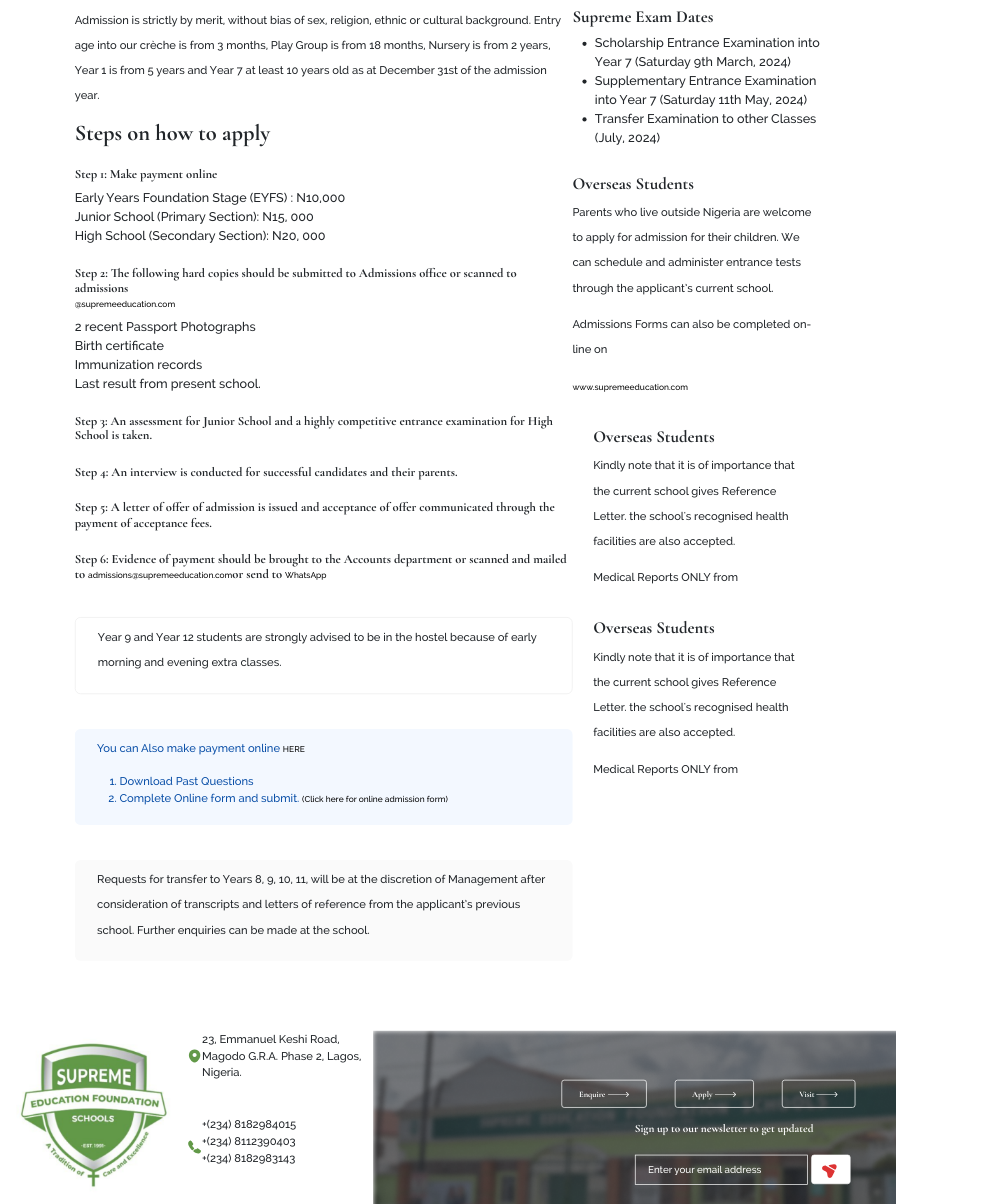
Repository: sarahnnanyelugo/supreme-education
Page: /apply
The author's editor kept a copy of each file at every save. The page is drawn from the files as they stood at one save, then again after the next save.
The browser window is 1280 px wide. The page is 1427 px wide, so the pictures cover 1427 px, including what lies to the right of the window. The pictures show the part of the page from y = 831 to 2551 px (the page is 2867 px tall), at 70% of full size.
The project was rebuilt for these pictures with package versions that can differ from the ones it lists, and the page was loaded fresh each time. Also part of the build but not shown: src/pages/Home/News/news.scss, src/pages/Home/News/News.js, src/pages/Home/Home.js, src/pages/Founder/founder.scss, src/pages/Founder/Founder.js, src/pages/CEO/ceo.scss, src/pages/CEO/CEO.js, src/pages/WhoWeAre/who-we-are.scss and 5 more.

Above is the page before, as saved 2023-12-20 12:59:32.

### src/App.js
import logo from "./logo.svg";
import "./App.scss";
import "bootstrap/dist/css/bootstrap.min.css";
import { BrowserRouter, Routes, Route, Link, Outlet } from "react-router-dom";
import { Home } from "./pages/Home/Home";
import { Navbar } from "./components/Navbar/Navbar";
import ScrollToTop from "./components/scrollToTop";
import Footer from "./components/Footer/Footer";
import { Founder } from "./pages/Founder/Founder";
import { CEO } from "./pages/CEO/CEO";
import { WhoWeAre } from "./pages/WhoWeAre/WhoWeAre.js";
import { Tour } from "./pages/Tour/Tour";
import { Contact } from "./pages/Contact/Contact";
import { Apply } from "./pages/Apply/Apply";
function App() {
  return (
    <>
      {" "}
      <ScrollToTop />
      <Navbar />
      <Routes>
        {" "}
        <Route path="/" element={<Home />} />
        <Route path="/founder" element={<Founder />} />
        <Route path="/our-ceo" element={<CEO />} />
        <Route path="/who-we-are" element={<WhoWeAre />} />
        <Route path="/tour" element={<Tour />} />
        <Route path="/contact" element={<Contact />} />
        <Route path="/apply" element={<Apply />} />
      </Routes>
      <Footer />
    </>
  );
}

export default App;

### src/App.scss
@media screen and (min-width: 620px) {
  .flexy {
    display: flex;
  }
}
@media screen and (max-width: 620px) {
  .flexyM {
    display: flex;
  }
}
@font-face {
  font-family: cormorantB;
  src: url(./assets/fonts/Cormorant/CormorantGaramond-Bold.ttf);
}
@font-face {
  font-family: ralewayR;
  src: url(./assets/fonts/raleway/Raleway-Medium.ttf);
}
h1,
h2,
h3,
h4,
h5,
h6 {
  font-family: cormorantB;
}

p,
small,
a,
li {
  font-family: ralewayR;
}
button {
  font-family: cormorantB !important;
}
.app-btn {
  padding: 12px, 24px, 12px, 24px;
  border-radius: 4px;
  gap: 8px;
  background: #629948;
  color: #fff;
  border: none;
}

### src/pages/Apply/Apply.js
import React from "react";
import { Banner } from "../../components/Banner/Banner";
import LandingImg from "../../assets/images/apply.png";
import { admissions } from "../../TestData";
import { LinkRounded } from "@material-ui/icons";
import { Link } from "react-router-dom";
import "./apply.scss";
export const Apply = () => {
  return (
    <div className="apply-div">
      <Banner
        pageTitle="How to Apply"
        banner={LandingImg}
        links={admissions}
        mainpage="Admissions"
      />
      <div className="flexy col-md-10 offset-md-1">
        <div className="col-md-8">
          <p>
            Admission is strictly by merit, without bias of sex, religion,
            ethnic or cultural background. Entry age into our crèche is from 3
            months, Play Group is from 18 months, Nursery is from 2 years, Year
            1 is from 5 years and Year 7 at least 10 years old as at December
            31st of the admission year.
          </p>
          <h2>Steps on how to apply</h2>
          <h6 className="mt4">Step 1: Make payment online</h6>
          <ul className="list-unstyled">
            <li>Early Years Foundation Stage (EYFS) : N10,000</li>
            <li>Junior School (Primary Section): N15, 000 </li>
            <li>High School (Secondary Section): N20, 000</li>
          </ul>
          <h6>
            Step 2: The following hard copies should be submitted to Admissions
            office or scanned to admissions
            <br />
            <Link to={"#"}>@supremeeducation.com</Link>
          </h6>
          <ul className="list-unstyled">
            <li>2 recent Passport Photographs</li>
            <li>Birth certificate </li>
            <li>Immunization records</li>
            <li>Last result from present school.</li>
          </ul>
          <h6>
            Step 3: An assessment for Junior School and a highly competitive
            entrance examination for High School is taken.
          </h6>
          <h6>
            Step 4: An interview is conducted for successful candidates and
            their parents.
          </h6>
          <h6>
            Step 5: A letter of offer of admission is issued and acceptance of
            offer communicated through the payment of acceptance fees.
          </h6>
          <h6>
            Step 6: Evidence of payment should be brought to the Accounts
            department or scanned and mailed to{" "}
            <Link to={""} style={{ color: "#d33" }}>
              admissions@supremeeducation.com{""}
            </Link>
            or send to <Link>WhatsApp</Link>
          </h6>
          <div className="info-corner mt5">
            <p>
              Year 9 and Year 12 students are strongly advised to be in the
              hostel because of early morning and evening extra classes.
            </p>
          </div>
          <div className="info-corner2 mt5">
            <p>
              You can Also make payment online <Link>HERE</Link>
            </p>
            <ol>
              <li>Download Past Questions</li>
              <li>
                {" "}
                Complete Online form and submit.{" "}
                <Link to={""}>(Click here for online admission form)</Link>
              </li>
            </ol>
          </div>
          <div className="info-corner3 mt5">
            <p>
              Requests for transfer to Years 8, 9, 10, 11, will be at the
              discretion of Management after consideration of transcripts and
              letters of reference from the applicant’s previous school. Further
              enquiries can be made at the school.
            </p>
          </div>
        </div>
        <div className="col-md-4">
          <div className="info-div4">
            <h4>Supreme Exam Dates</h4>
            <ul>
              <li>
                Scholarship Entrance Examination into Year 7 (Saturday 9th
                March, 2024)
              </li>
              <li>
                Supplementary Entrance Examination into Year 7 (Saturday 11th
                May, 2024)
              </li>
              <li>Transfer Examination to other Classes (July, 2024)</li>
            </ul>
          </div>{" "}
          <div className="info-div4 mt4">
            <h4>Overseas Students</h4>
            <p>
              Parents who live outside Nigeria are welcome to apply for
              admission for their children. We can schedule and administer
              entrance tests through the applicant’s current school.
            </p>
            <p>Admissions Forms can also be completed on-line on</p>
            <p>
              <Link to={""}> www.supremeeducation.com</Link>
            </p>
          </div>
          <div className="info-div5 mt4 col-md-10 offset-md-1">
            <h4>Overseas Students</h4>
            <p>
              Kindly note that it is of importance that the current school gives
              Reference Letter. the school's recognised health facilities are
              also accepted.
            </p>
            <p>Medical Reports ONLY from</p>
          </div>{" "}
          <div className="info-div6 mt4 col-md-10 offset-md-1">
            <h4>Overseas Students</h4>
            <p>
              Kindly note that it is of importance that the current school gives
              Reference Letter. the school's recognised health facilities are
              also accepted.
            </p>
            <p>Medical Reports ONLY from</p>
          </div>
        </div>
      </div>
    </div>
  );
};

### src/pages/Home/home.scss
@import "../../shared-styles";

.landing-images {
  margin-top: -200px;
  h1 {
    font-size: 88px;
  }
  .carousel-caption {
    text-align: left !important;
  }
  .carousel-control-next-icon {
    background-image: url("../../assets/images/next.png");
    margin-top: 600px !important;
    position: relative !important;
    height: 36px !important;
    width: 36px !important;
    opacity: 1 !important;
    margin-left: 0% !important;
    @media screen and (max-width: 620px) {
      margin-top: 70px !important;
      margin-left: -750% !important;
    }
  }

  .carousel-control-prev-icon {
    background-image: url("../../assets/images/prev.png");
    margin-top: 600px !important;
    // transform: rotate(180deg);
    height: 36px !important;
    width: 36px !important;
    margin-right: -800% !important;
    opacity: 1 !important;
    @media screen and (max-width: 620px) {
      margin-top: 70px !important;
    }
  }

  .carousel-control-prev {
    left: 10% !important;
  }
  .carousel-control-next {
    right: 10% !important;
  }
  .carousel-indicators button {
    width: 7px !important;
    height: 7px !important;
    border-radius: 100% !important;
    background-color: #fff !important;
    transition: all 0.5s linear;
    display: inline !important;
    opacity: 0.7;
  }
  .carousel-indicators > button.active {
    opacity: 1;
    width: 60px !important;
    margin-top: 10px;
    height: 7px !important;
    background-color: #fff !important;
    outline: none;
    border: none;
    border-radius: 20px !important;
  }
  .carousel-indicators {
    margin-left: 75% !important;
    top: 90% !important;
    @media screen and (max-width: 620px) {
      display: none;
    }
  }
}
.welcome-div {
  h1 {
    font-size: 72px;
    @media screen and (max-width: 620px) {
      font-size: 32px;
    }
  }
}
.lifetime-div {
  background: #326f14;
  color: #fff;
  padding: 70px 0 70px 70px;
  margin-bottom: 100px;
  h1 {
    font-size: 72px;
    @media screen and (max-width: 620px) {
      font-size: 32px;
    }
  }
  p {
    line-height: 36px;
  }
  .eyfs {
    position: relative;
    img {
      border-radius: 8px;
    }
    // padding-top: 350px;
    // border-radius: 18px;
    // background: url("../../assets/images/eyfs.png");
    // background-repeat: no-repeat;
    // background-position: center center;
    // background-size: contain;
  }
  .overlay {
    position: absolute;
    bottom: 0;
    background: rgb(0, 0, 0);
    background: rgba(0, 0, 0, 0.1); /* Black see-through */
    color: #f1f1f1;
    width: 92%;
    transition: 0.5s ease;
    opacity: 1;
    height: 15%;
    color: white;
    padding: 20px;
    text-align: center;

    overflow: hidden;
    border-radius: 8px;
    h1 {
      font-size: 40px;
    }
    button {
      padding: 12px, 24px, 12px, 24px;
      border-radius: 4px;
      gap: 8px;
      background: transparent;
      color: #fff;
      border: solid 1px #fff;
    }
  }
}
.eyfs:hover .overlay {
  height: 100%;
  padding-top: 100px;
  background: rgba(0, 0, 0, 0.5);
}
.explore {
  background: #c8352e;
  color: #fff;
  border-radius: 8px;
  padding: 40px;
  margin-right: 20px;
  .second-title {
    margin-top: 400px;
  }
}
.facilities {
  img {
    border-radius: 8px;
  }
}
.facs {
  position: relative;
  img {
    border-radius: 8px;
  }
  // padding-top: 350px;
  // border-radius: 18px;
  // background: url("../../assets/images/eyfs.png");
  // background-repeat: no-repeat;
  // background-position: center center;
  // background-size: contain;
}
.overlay2 {
  position: absolute;
  bottom: 0;
  background: rgb(0, 0, 0);
  background: rgba(0, 0, 0, 0.1); /* Black see-through */
  color: #f1f1f1;
  width: 92%;
  transition: 0.5s ease;
  opacity: 1;
  height: 100%;
  color: white;
  font-size: 20px;
  padding: 20px;
  padding-top: 60%;
  text-align: center;
  border-radius: 8px;
}
.facs:hover .overlay2 {
  opacity: 1;
  background: rgba(0, 0, 0, 0.5);
}
.glance {
  margin-bottom: 80px;
  background: #f6f8f5;
  padding-top: 40px;
  padding-bottom: 40px;
  .sch,
  .uni {
    padding-top: 80px;
    padding-bottom: 50px;
    border-top: solid 4px #c8352e;
    border-right: solid 4px #c8352e;
  }
  .std,
  .parents {
    padding-top: 80px;
    padding-bottom: 50px;
    border-bottom: solid 4px #c8352e;
    border-right: solid 4px #c8352e;
  }
}
.stories {
  h1 {
    font-size: 64px;
    margin-bottom: 80px;
  }
}

### src/components/Navbar/navbar.scss
.nav-container {
  padding: 10px;
  background: #fff;
  a {
    color: #000;
    text-decoration: none;
  }
}
.logo {
  margin-top: -50px;
  position: relative;
  z-index: 4;
}
.offcanvas {
  width: 70% !important;
}
.menu-actions {
  background: #f6f6f6;
  padding: 30px;
  .img-holder {
    position: relative;
    img {
      border-radius: 10px;

      margin-bottom: 30px;
    }
    .overlay {
      position: absolute;
      bottom: 100px;
      background: transparent; /* Black see-through */
      color: #f1f1f1;
      width: 100%;
      transition: 0.5s ease;
      opacity: 1;
      height: 10%;
      color: white;
      font-size: 20px;
      // padding: 20px;
      // padding-top: 60%;
      text-align: center;
      border-radius: 8px;
      button {
        background: transparent;
        border: solid 1px #fff;
        border-radius: 8px;
        color: #fff;
        padding: 5px 24px;
      }
    }
  }
}

.nav-tab {
  margin-top: 30px;
  /* Style the buttons that are used to open the tab content */
  .tab button {
    display: block;
    background-color: inherit;
    color: black;
    padding: 25px 16px;
    width: 100%;
    border: none;
    outline: none;
    text-align: left;
    cursor: pointer;
    font-size: 30px;
    border-right: solid 1px rgb(159, 157, 157);
  }

  /* Change background color of buttons on hover */
  .tab button:hover {
    color: red;
  }

  /* Create an active/current "tab button" class */
  .tab button.active2 {
    color: red;
  }

  .tabcontent {
    float: left;
    // padding: 0px 40px;

    width: 70%;
    border-left: none;
    height: 300px;
    display: none;
    a {
      color: black;
      text-decoration: none;
      font-size: 20px;
      line-height: 60px;
    }
  }

  .tabcontent.active2 {
    display: block;
  }
}
.active {
  background: green !important;
  color: #fff !important;
}
.menu-navs {
  padding: 10px 10px;
  font-size: 14px;
  border-radius: 5px;
  margin: 40px 0 40px 10px;
  text-decoration: none;
  color: #000;

  &:hover {
    background: green;
    color: #fff !important;
  }
}

### src/components/Footer/footer.scss
.footer-actions {
  height: 283px;
  background: url("../../assets/images/building.png");
  padding-top: 50px;
  color: #fff;
  button {
    margin: 20px;
    color: #fff;
    background-color: transparent;
    border: solid 1px #fff;
    padding: 10px 24px;
    border-radius: 4px;
    &:hover {
      color: #306503;
      background: #fff;
    }
  }
  .send-btn {
    background: #fff;
    margin: 5px;
    margin-top: 20px;
    // width: 20px;
    border-radius: 4px;
    padding: 3px 10px;
  }
  input {
    margin-top: 20px;
    width: 247px;
    height: 43px;
    padding: 12px 18px;
    background: transparent;
    border: solid 1px #fff;
    color: #fff;
    color: #fff;
    font-family: ralewayR;
    font-size: 14px;
    font-style: normal;
    font-weight: 500;
    line-height: normal;
  }
  ::placeholder {
    color: #fff !important;
  }
}
.partners {
  img {
    margin: 40px 80px;
  }
}
.credits {
  p {
    font-size: 14px;
  }
  a {
    color: #fff;
    text-decoration: none;
    border-right: solid 2px #fff;
    text-align: center;
  }
  background: #006011;
  padding: 20px;
  color: #fff;
}

### src/components/Banner/Banner.js
import React from "react";
import { NavLink } from "react-router-dom";
import "./banner.scss";
import Breadcrumb from "react-bootstrap/Breadcrumb";

export const Banner = (props) => {
  return (
    <div className="banner-div">
      <div className="banner-holder">
        <img src={props.banner} alt="sch-imgs" width="100%" />
        <div className="title-overlay">
          <h1>{props.pageTitle}</h1>
        </div>
      </div>
      <div className="page-links">
        {props.links.map((link, index) => (
          <li key={index} className="list-unstyled">
            <NavLink
              to={link.to}
              activeClassName="active"
              className="page-navs"
            >
              {link.text}
            </NavLink>
          </li>
        ))}
      </div>
      <Breadcrumb className="offset-md-1 mt2">
        <Breadcrumb.Item href="/" className="b-home">
          Home
        </Breadcrumb.Item>
        <Breadcrumb.Item>{props.mainpage}</Breadcrumb.Item>
        <Breadcrumb.Item>{props.pageTitle}</Breadcrumb.Item>
      </Breadcrumb>
    </div>
  );
};

### src/TestData/index.js
export * from "./Links";

### src/pages/Apply/apply.scss
.apply-div {
  margin-bottom: 100px;
  margin-top: 100px;
  ma h1 {
    font-size: 72px;
    @media screen and (max-width: 620px) {
      font-size: 32px;
    }
  }
  p {
    line-height: 36px;
  }
  .info-corner {
    border-radius: 8px;
    border: 1px solid #ececec;
    padding: 10px 32px;
  }
  .info-corner2 {
    border-radius: 8px;
    color: #0b50a8;
    background-color: #f3f8ff;
    padding: 10px 32px;
    a {
      color: #0b50a8;
    }
  }
  .info-corner3 {
    background-color: #f3f8ff;
    padding: 10px 32px;
    border-radius: 8px;
    background: #fafafa;
  }
  h6 {
    margin-top: 30px;
    font-size: 18px;
  }
  ul li {
    font-size: 18px;
  }
  a {
  }
}

### src/_shared-styles.scss
.mt1 {
  margin-top: 10px;
}
.mt2 {
  margin-top: 20px;
}
.mt3 {
  margin-top: 30px;
}
.mt4 {
  margin-top: 40px;
}
.mt5 {
  margin-top: 50px;
}
.mt6 {
  margin-top: 60px;
}
.mt7 {
  margin-top: 70px;
}
.mt8 {
  margin-top: 80px;
}
.mt9 {
  margin-top: 90px;
}
.mt {
  margin-top: 140px;
}
.mtt {
  margin-top: 200px;
}
.bb {
  border-bottom: solid 1px rgb(233, 229, 229);
}
.bt {
  border-top: solid 1px rgb(233, 229, 229);
}
.pd {
  padding: 80px 0;
}
.br {
  border-right: solid 1px rgb(233, 229, 229);
}
.no-m {
  @media screen and (max-width: 620px) {
    margin: 0 !important;
  }
}
.ml {
  margin-left: 10px;
}
.ml4 {
  margin-left: 40px;
}
.ml3 {
  margin-left: 30px;
}

.features-link {
  color: #191919;
  text-decoration: none;
  &:hover {
    color: #191919;
  }
}

.mb5 {
  margin-bottom: 50px;
}
.mb4 {
  margin-bottom: 40px;
}

.no-margin {
  @media screen and (max-width: 620px) {
    margin-top: 0px !important;
    text-align: center;
  }
}
.margin2 {
  @media screen and (max-width: 620px) {
    margin-top: 40px !important;
  }
}
.grad2 {
  background: rgb(255, 255, 255);
  background: linear-gradient(
    180deg,
    rgba(255, 255, 255, 1) 28%,
    rgba(240, 240, 240, 1) 48%,
    rgba(255, 255, 255, 1) 75%
  );
}
.dn {
  @media screen and (max-width: 620px) {
    display: none;
  }
}
.dnW {
  @media screen and (min-width: 620px) {
    display: none;
  }
}
.dnM {
  @media screen and (max-width: 620px) {
    display: none;
  }
}
.img-resolv {
  width: 90%;
  @media screen and (max-width: 620px) {
    width: 100%;
  }
}
.link {
  font-size: 12px;
  text-decoration: none;
  color: #000;
  font-family: rebondG-Semi-Bold;
  margin-bottom: 0 !important;
}
.link2 {
  font-size: 12px;
  text-decoration: none;
  color: #2f67d8;
  font-family: rebondG-Semi-Bold;
}
.mobileview {
  @media screen and (min-width: 620px) {
    display: none;
  }
}

### src/components/Banner/banner.scss
.banner-holder {
  position: relative;
  img {
    margin-top: -290px !important;
  }
  .title-overlay {
    position: absolute;
    width: 100%;
    height: 100px;
    background: rgba(15, 14, 14, 0.1);
    text-align: center;
    // left: 40%;
    bottom: 0;
    h1 {
      color: #fff;
      font-size: 72px;
      font-weight: bold;
      margin-bottom: 20px;
    }
  }
}
.page-links {
  padding: 40px;
  background: #f6f8f5;
  li {
    display: inline;
  }
  .active {
    color: #fff !important;
    background: red !important
  ;
  }
}

.page-navs {
  padding: 10px 16px;
  font-size: 16px;
  border-radius: 5px;
  margin: 0 40px;
  text-decoration: none;
  color: #000;

  &:hover {
    background: red;
    color: #fff;
  }
}
.breadcrumb-item + .breadcrumb-item {
  a {
    color: #000 !important;
    font-size: 12px;
    text-decoration: none !important;
  }
}

a {
  color: #000 !important;
  font-size: 12px;
  text-decoration: none !important;
}

### src/TestData/Links.js
export const about = [
  { to: "/founder", text: "Our Founder" },
  { to: "/our-ceo", text: "Our CEO" },
  { to: "/who-we-are", text: "Who we are" },
  { to: "/tour", text: "Virtual Tour" },
  { to: "/contact", text: "Contact us" },
];
export const admissions = [
  { to: "/apply", text: "How to Apply" },
  { to: "/form", text: "Registration form" },
  { to: "/register", text: "SMC registration form" },
  { to: "/enquiry", text: "Enquiry" },
  { to: "/faq", text: "FAQs" },
];
export const academics = [
  { to: "/eyfs", text: "EYFS" },
  { to: "/junior-school", text: "Junior School" },
  { to: "/high-school", text: "High School" },
  { to: "/teachers-college", text: "Teachers College" },
  { to: "/academic-calendar", text: "Academic Calendar" },
  { to: "/school-curriculum", text: "School Curriculum" },
];
export const studentLife = [
  { to: "/boarding-school", text: "Boarding School" },
  { to: "/activities", text: "Co-curricular Activities" },
  { to: "/facilities", text: "Facilities" },
];
export const Media = [
  { to: "/news", text: "News & Events" },
  { to: "/gallery", text: "Gallery" },
];

Loaded but not shown: public/index.html (common file); src/index.js (common file); src/index.css (common file); src/reportWebVitals.js (common file); src/components/scrollToTop.js (common file); src/components/Navbar/Menu.js (175 lines, source omitted); src/components/Footer/Footer.js (126 lines, source omitted); src/components/Navbar/Navbar.js (51 lines, source omitted)

After the next save:
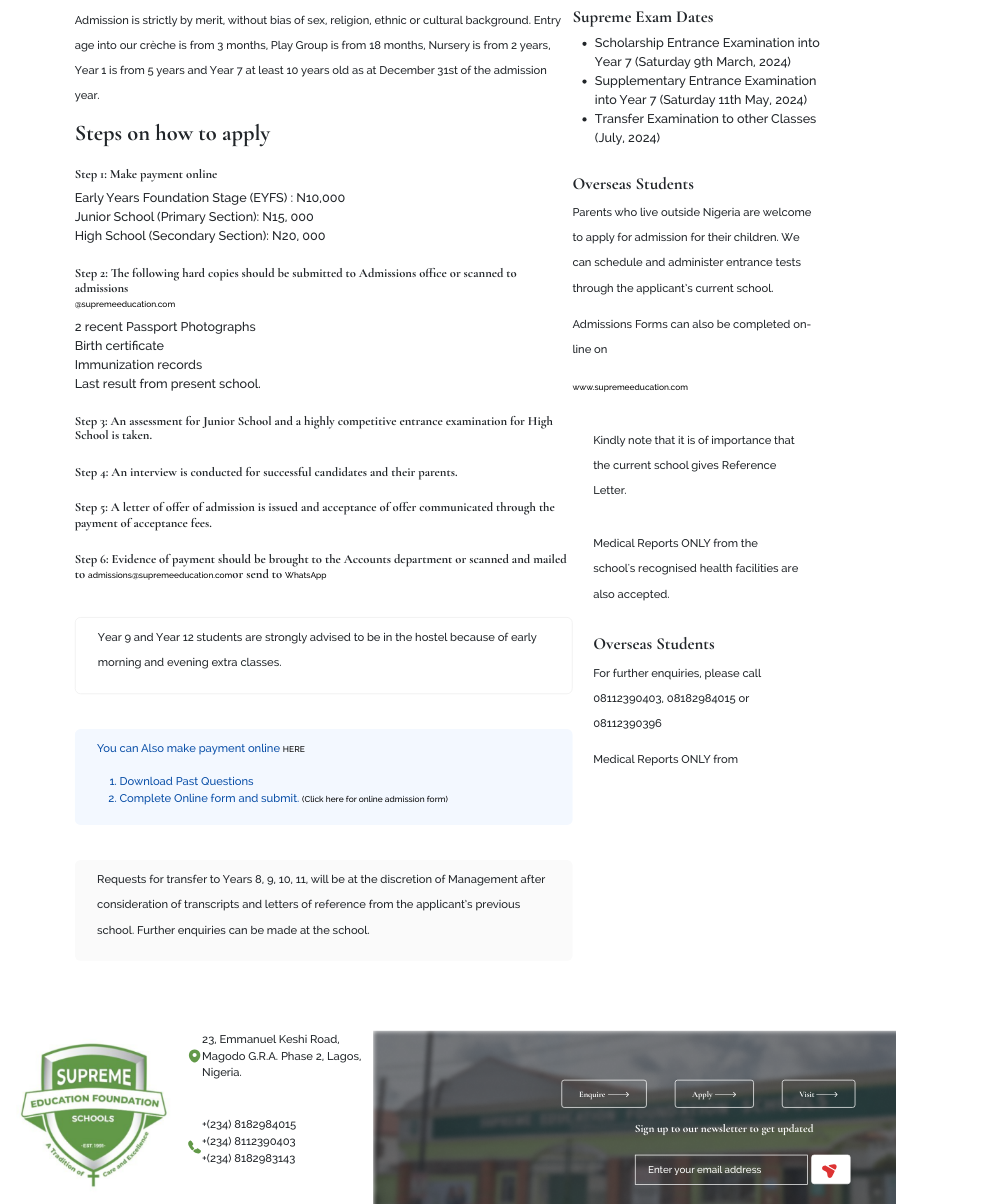
Saved 55 s later.
--- a/src/pages/Apply/Apply.js
+++ b/src/pages/Apply/Apply.js
@@ -118,20 +118,21 @@
             </p>
           </div>
           <div className="info-div5 mt4 col-md-10 offset-md-1">
-            <h4>Overseas Students</h4>
             <p>
               Kindly note that it is of importance that the current school gives
-              Reference Letter. the school's recognised health facilities are
-              also accepted.
+              Reference Letter.
             </p>
-            <p>Medical Reports ONLY from</p>
+            <br />
+            <p>
+              Medical Reports ONLY from the school's recognised health
+              facilities are also accepted.
+            </p>
           </div>{" "}
           <div className="info-div6 mt4 col-md-10 offset-md-1">
             <h4>Overseas Students</h4>
             <p>
-              Kindly note that it is of importance that the current school gives
-              Reference Letter. the school's recognised health facilities are
-              also accepted.
+              For further enquiries, please call 08112390403, 08182984015 or
+              08112390396
             </p>
             <p>Medical Reports ONLY from</p>
           </div>
